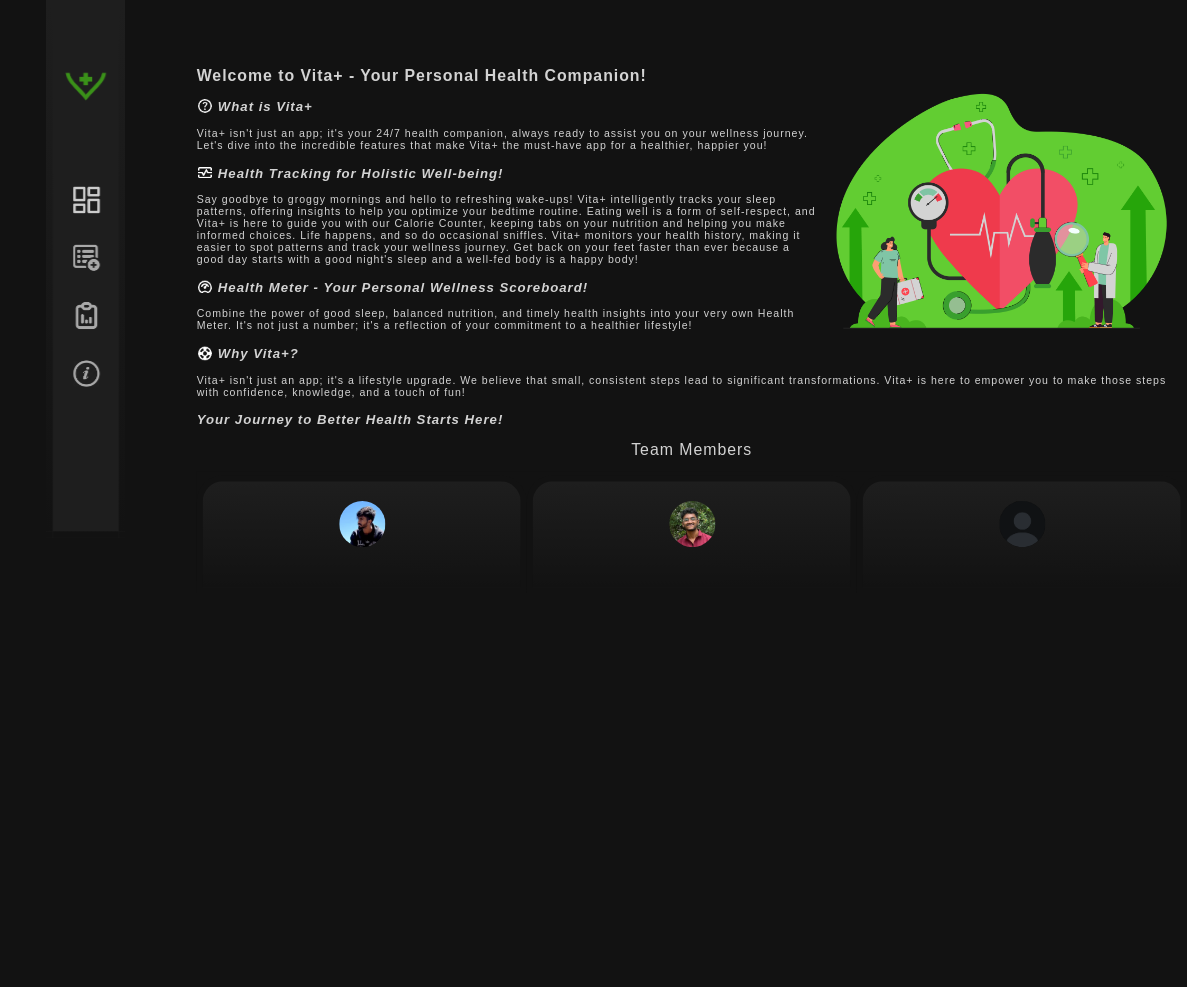
Repository: mhmd-bilal/health-analytics-dashboard
Page: http://localhost/project/info.jsp
The author's editor kept a copy of each file at every save. The page is drawn from the files as they stood at one save, then again after the next save.
The browser window is 1280 px wide. The page is 1798 px wide, so the pictures cover 1798 px, including what lies to the right of the window. The pictures show the whole page, at 66% of full size.
Some web fonts or font styles are not loaded; a fallback is used. Some web libraries are served in a nearby version. The page is served by Tomcat 10.

Above is the page before, as saved 2023-12-06 16:15:59.

After the next save:
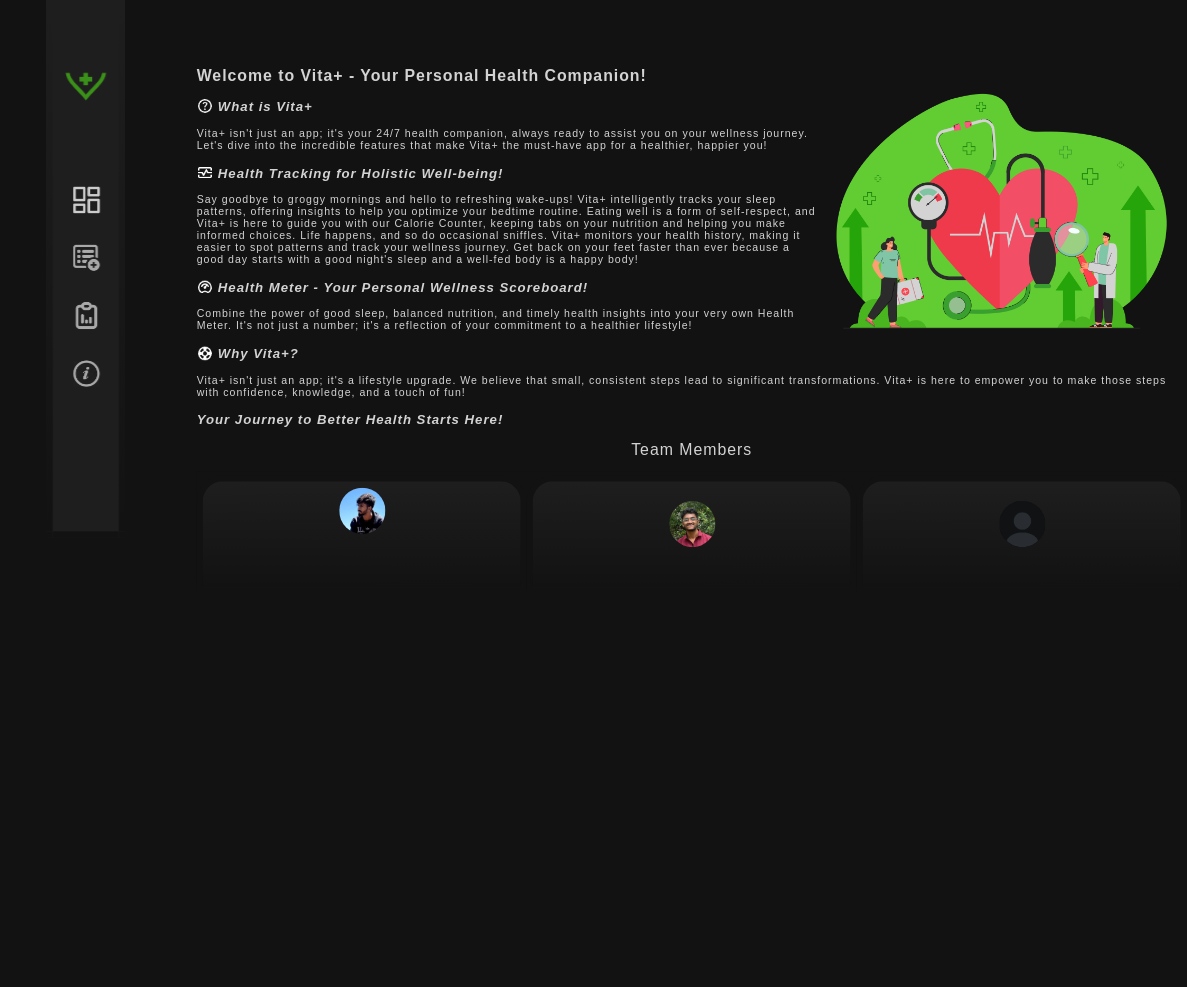
Saved 14 s later.
--- a/project/src/main/webapp/info.jsp
+++ b/project/src/main/webapp/info.jsp
@@ -89,7 +89,7 @@ Vita+ isn't just an app; it's a lifestyle upgrade. We believe that small, consis
     <h2 style="font-weight: 400;">Team Members</h2>
     <div class="choose">
         <div class="choose-card" style="height: 80%;">
-        <a class="choose-btn" href="https://www.linkedin.com/in/rithisnaha/" style="margin-top:-20px"><img src="1.png" style="border-radius:50%"></a>
+        <a class="choose-btn" href="https://www.linkedin.com/in/rithisnaha/" ><img src="1.png" style="margin-top:-20px;border-radius:50%"></a>
     </div>
         <div class="choose-card" style="height: 80%;">
         <a class="choose-btn" href="https://www.linkedin.com/in/mohammed-bilal-3640991a7/"><img src="2.png" style="border-radius:50%"></a>
